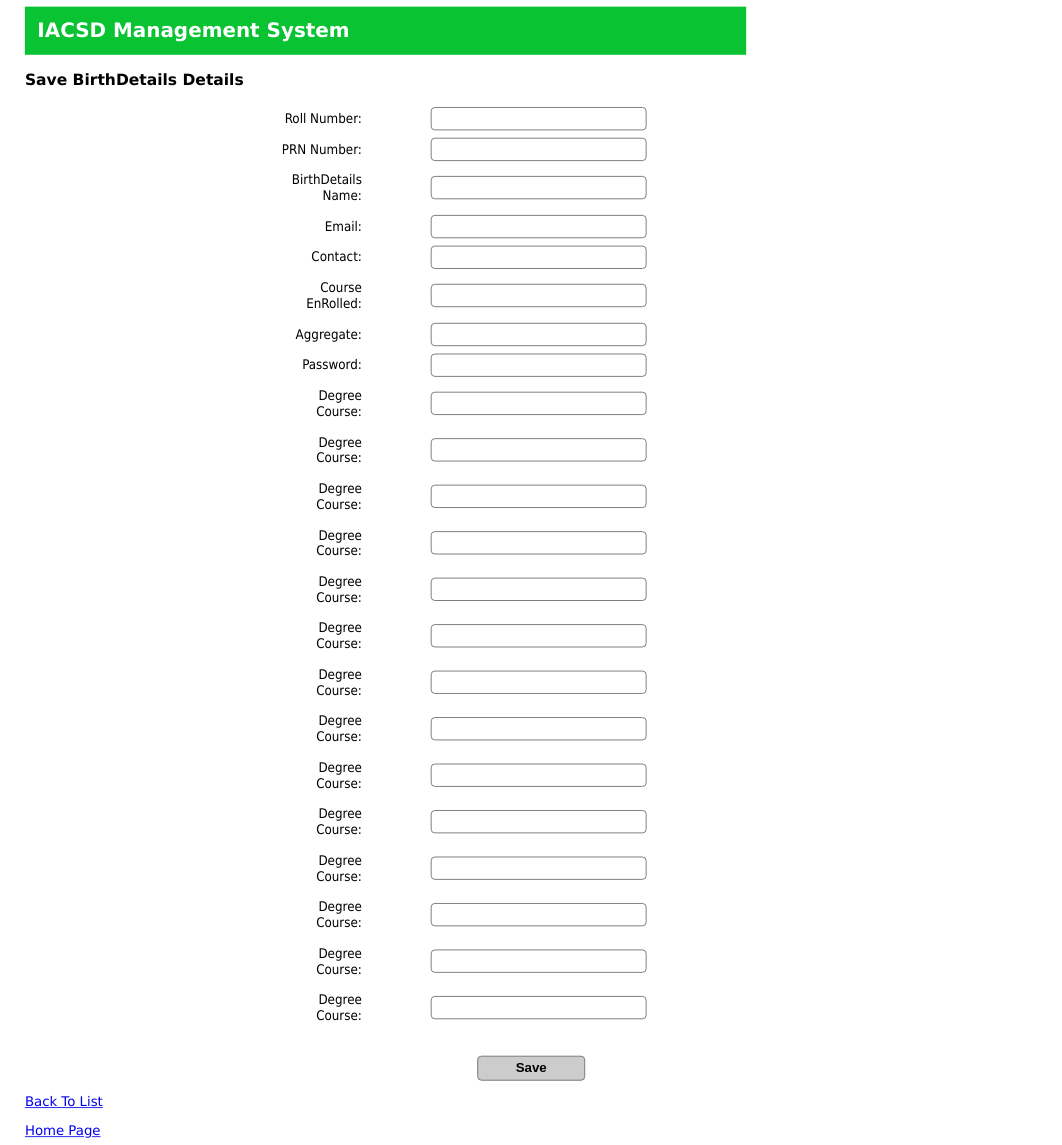
Repository: vsc8791/IMS
Page: http://localhost/epanchayat/WEB-INF/view/birthdetail-form.jsp
The author's editor kept a copy of each file at every save. The page is drawn from the files as they stood at one save, then again after the next save.
The browser window is 1280 px wide. The pictures show the whole page, at 83% of full size.
The page is served by Tomcat 9. Nobody is signed in. Other server files are loaded and not shown. The template is opened directly, without the code that normally fills it, so the values that code supplies are empty.

Above is the page before, as saved 2018-07-29 23:38:49.

### epanchayat/WebContent/WEB-INF/view/birthdetail-form.jsp
 <%@ taglib prefix="form" uri="http://www.springframework.org/tags/form"%>
<!DOCTYPE html>
<html>
<head>

<title>Save BirthDetails</title>
<link type="text/css" rel="stylesheet"
	href="${pageContext.request.contextPath}/resources/css/style.css">

<title>Save BirthDetails</title>
<link type="text/css" rel="stylesheet"
	href="${pageContext.request.contextPath}/resources/css/add-customer-style.css">
</head>
<body>
	<div id="wrapper">
		<div id="header">
			<h2>IACSD Management System</h2>
		</div>
	</div>
	<div>
		<h3>Save BirthDetails Details</h3>
		<form:form action="saveBirthDetails" modelAttribute="birthDetails"
			method="POST">
			<!-- need to associate this data with BirthDetails Id -->
			<form:hidden path="id"/>

			<table align="center">
				<tbody>
					<tr>
						<td><label>Roll Number:</label></td>
						<td><form:input path="certificate_type"  /></td>
					</tr>
					<tr>
						<td><label>PRN Number:</label></td>
						<td><form:input path="birthid" type="number"/></td>
					</tr>
					<tr>
						<td><label>BirthDetails Name:</label></td>
						<td><form:input path="firstname" /></td>
					</tr>
					<tr>
						<td><label>Email:</label></td>
						<td><form:input path="middlename" type="email"/></td>
					</tr>
					<tr>
						<td><label>Contact:</label></td>
						<td><form:input path="lastname" /></td>
					</tr>
					<tr>
						<td><label>Course EnRolled:</label></td>
						<td><form:input path="gender" /></td>
					</tr>
					<tr>
						<td><label>Aggregate:</label></td>
						<td><form:input path="state"/></td>
					</tr>
					<tr>
						<td><label>Password:</label></td>
						<td><form:input path="district"  /></td>
					</tr>
					<tr>
						<td><label>Degree Course:</label></td>
						<td><form:input path="taluka"/></td>
					</tr>
					<tr>
						<td><label>Degree Course:</label></td>
						<td><form:input path="village"/></td>
					</tr>
					<tr>
						<td><label>Degree Course:</label></td>
						<td><form:input path="birthdate"/></td>
					</tr>
					<tr>
						<td><label>Degree Course:</label></td>
						<td><form:input path="birthplace"/></td>
					</tr>
					<tr>
						<td><label>Degree Course:</label></td>
						<td><form:input path="birthtime"/></td>
					</tr>
					<tr>
						<td><label>Degree Course:</label></td>
						<td><form:input path="fathername"/></td>
					</tr>
					<tr>
						<td><label>Degree Course:</label></td>
						<td><form:input path="fathernationality"/></td>
					</tr>
					<tr>
						<td><label>Degree Course:</label></td>
						<td><form:input path="fadhaar"/></td>
					</tr>
					<tr>
						<td><label>Degree Course:</label></td>
						<td><form:input path="fage"/></td>
					</tr>

					<tr>
						<td><label>Degree Course:</label></td>
						<td><form:input path="mothername"/></td>
					</tr>
					<tr>
						<td><label>Degree Course:</label></td>
						<td><form:input path="motheradhaar"/></td>
					</tr>
					<tr>
						<td><label>Degree Course:</label></td>
						<td><form:input path="mothernationality"/></td>
					</tr>
					<tr>
						<td><label>Degree Course:</label></td>
						<td><form:input path="mage"/></td>
					</tr>
					<tr>
						<td><label>Degree Course:</label></td>
						<td><form:input path="referedby"/></td>
					</tr>
				</tbody>

			</table>
			<center><input  type="submit" value="Save" class="save" /></center>
		</form:form>
		<!--  <center><input  type="submit" value="Save" class="save"/> </center> -->
		<div style="clear;both;"></div>
		<p><a href="${pageContext.request.contextPath}/birthDetails/list">Back To List</a></p>
			<a href="http://localhost:8082/epanchayat/">Home Page</a>
	</div>

</body>


</html>

### epanchayat/WebContent/resources/css/style.css
html, body{
	margin-left:15px; margin-right:15px;
	padding:0px;
	font-family:Verdana, Arial, Helvetica, sans-serif;
}

table {
	border-collapse:collapse;
	border-bottom:1px solid gray;
	font-family: Tahoma,Verdana,Segoe,sans-serif;
	width:72%;
}

th {
	border-bottom:1px solid gray;
	background:none repeat scroll 0 0 #ca0702;
	padding:10px;
	color: #FFFFFF;
}

tr {
	border-top:1px solid gray;
	text-align:center;
}

tr:nth-child(even) {background: #FFFFFF}
tr:nth-child(odd) {background: #BBBBBB}

#wrapper {width: 100%; margin-top: 0px; }
#header {width: 70%; background:#09c332; margin-top: 0px; padding:15px 0px 15px 15px;}
#header h2 {width: 100%; margin:auto; color: #FFFFFF;}
#container {width: 100%; margin:auto}
#container h3 {color: #000;}
#container #content {margin-top: 20px;}

.add-button {
	border: 1px solid #666;
	border-radius: 5px;
	padding: 4px;
	font-size: 12px;
	font-weight: bold;
	width: 120px;
	padding: 5px 10px;

	margin-bottom: 15px;
	background: #cccccc;
}

Loaded but not shown: epanchayat/WebContent/resources/css/add-customer-style.css (common file)

After the next save:
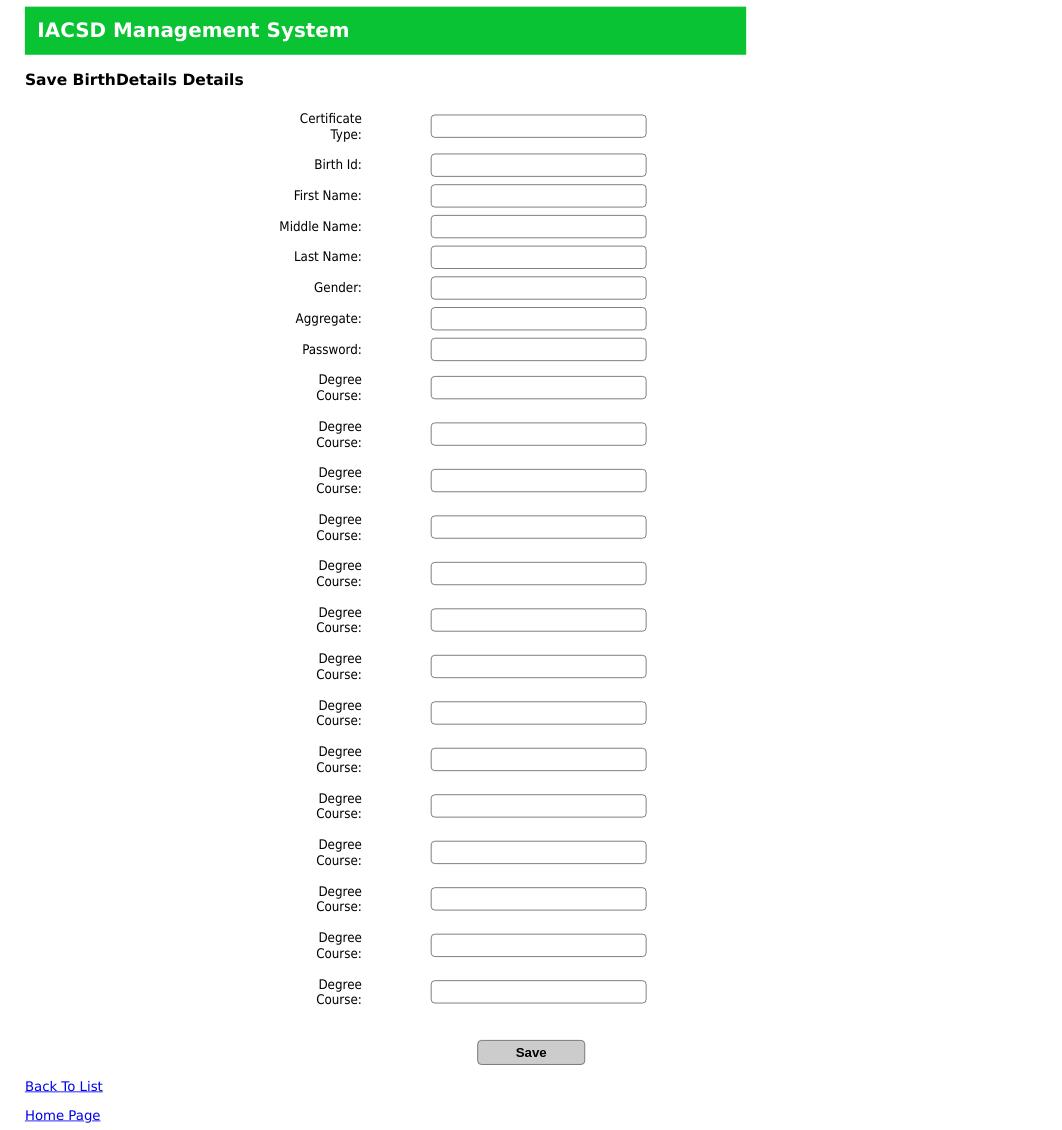
Saved 111 s later.
--- a/epanchayat/WebContent/WEB-INF/view/birthdetail-form.jsp
+++ b/epanchayat/WebContent/WEB-INF/view/birthdetail-form.jsp
@@ -27,27 +27,27 @@
 			<table align="center">
 				<tbody>
 					<tr>
-						<td><label>Roll Number:</label></td>
+						<td><label>Certificate Type:</label></td>
 						<td><form:input path="certificate_type"  /></td>
 					</tr>
 					<tr>
-						<td><label>PRN Number:</label></td>
-						<td><form:input path="birthid" type="number"/></td>
+						<td><label>Birth Id:</label></td>
+						<td><form:input path="birthid" /></td>
 					</tr>
 					<tr>
-						<td><label>BirthDetails Name:</label></td>
+						<td><label>First Name:</label></td>
 						<td><form:input path="firstname" /></td>
 					</tr>
 					<tr>
-						<td><label>Email:</label></td>
-						<td><form:input path="middlename" type="email"/></td>
+						<td><label>Middle Name:</label></td>
+						<td><form:input path="middlename"/></td>
 					</tr>
 					<tr>
-						<td><label>Contact:</label></td>
+						<td><label>Last Name:</label></td>
 						<td><form:input path="lastname" /></td>
 					</tr>
 					<tr>
-						<td><label>Course EnRolled:</label></td>
+						<td><label>Gender:</label></td>
 						<td><form:input path="gender" /></td>
 					</tr>
 					<tr>
